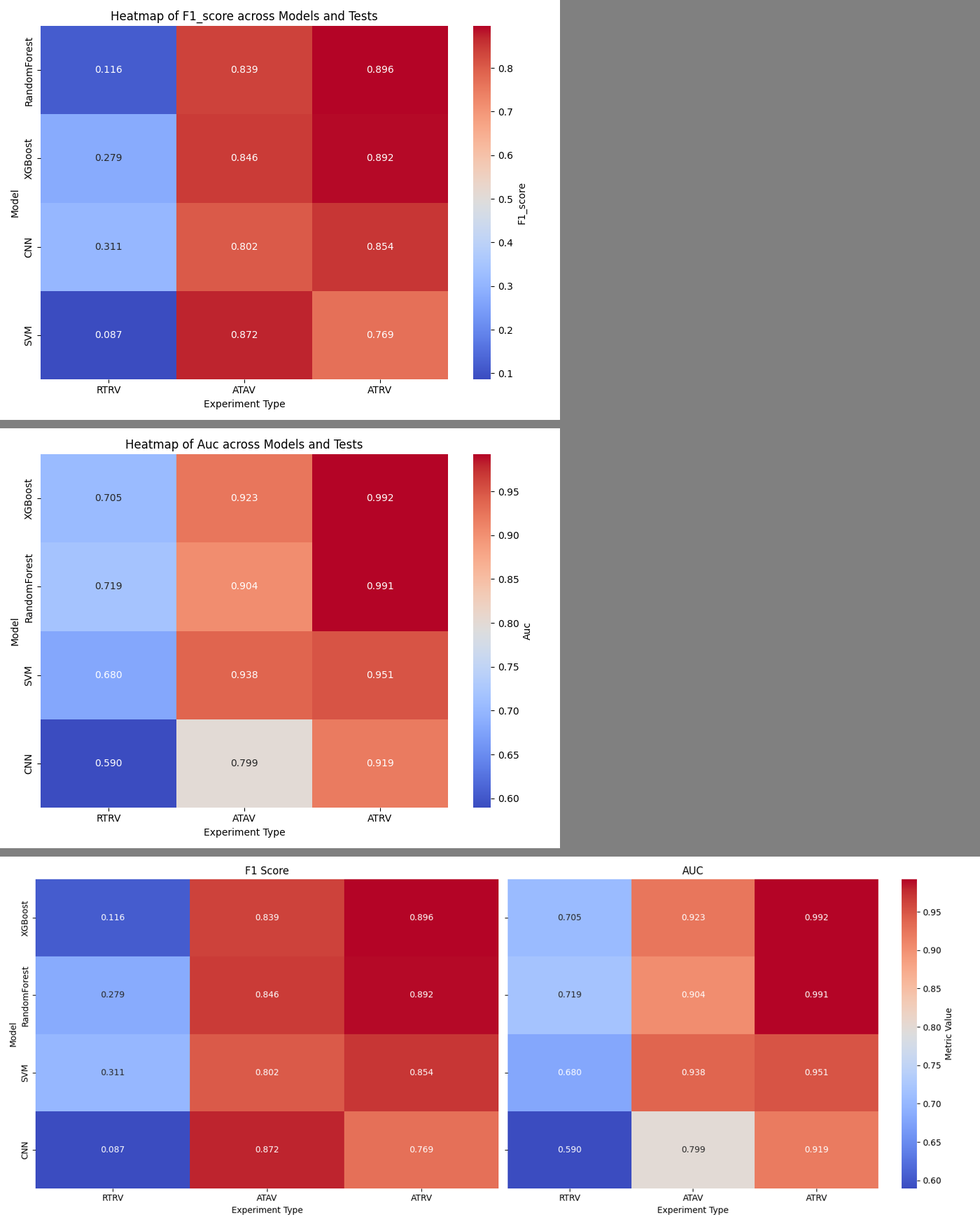
Repository: Hanqk97/COVID-19_Audio_Detection_Project
Script's output: python Plot/heatmap.py
An editor plug-in stored every save of this project. The script's output is shown before and after the next save, followed by the edit.
The pictures show rows 0 to 1760 of an output 1749 px tall, at 70% of full size.
Each picture stacks the figures in order, with grey between them; figures that are only written to a file come last. Figures wider than 1,400 px are first shrunk to that width. Random numbers start from a fixed seed.

Above is the script's output before, as saved 2024-12-03 19:04:33.

After the next save:
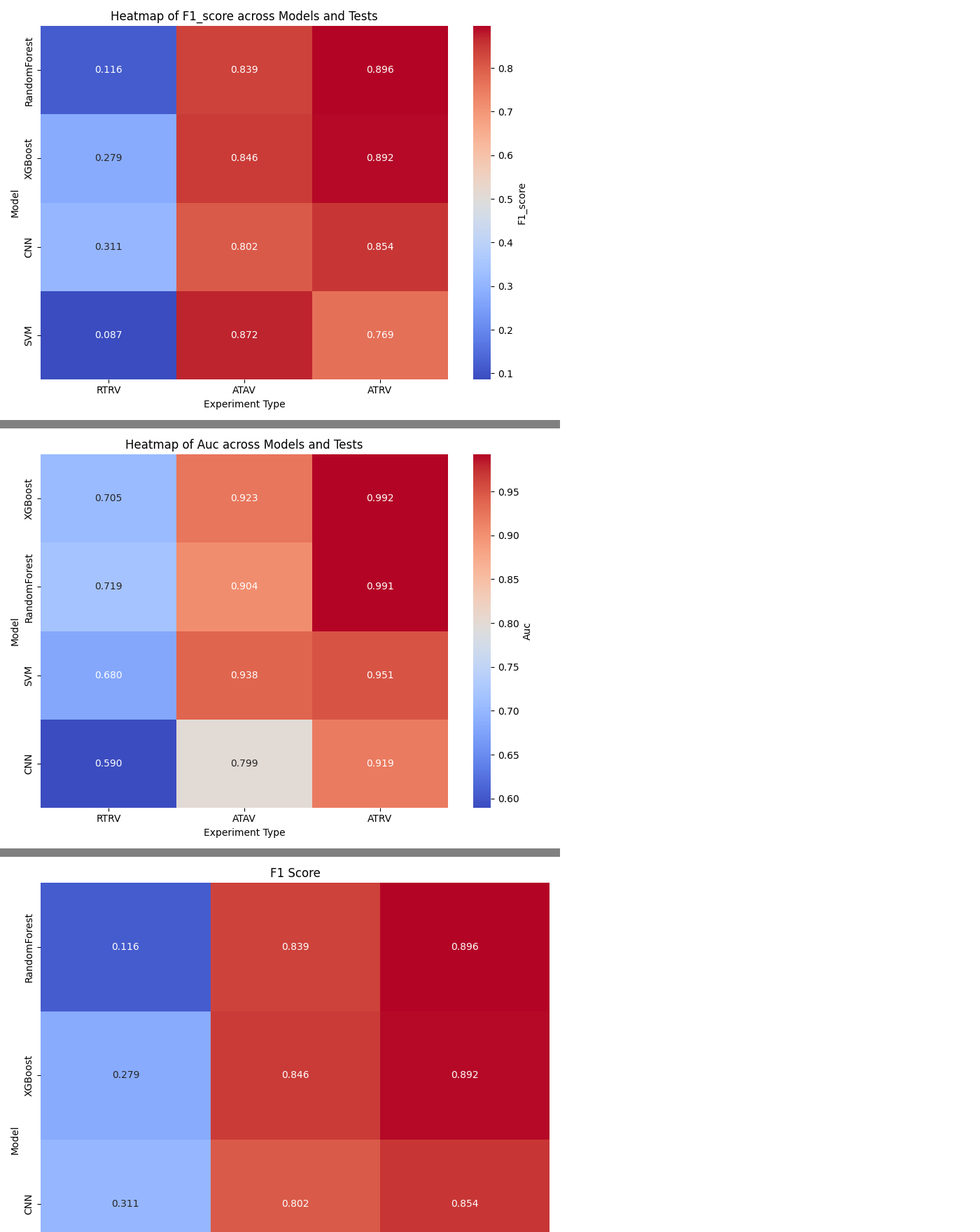
Saved 3 min 55 s later.
--- a/Plot/heatmap.py
+++ b/Plot/heatmap.py
@@ -41,18 +41,20 @@ def plot_heatmap(df, metric_name, filename):
     plt.close()
 
 # Generate combined heatmap figure
+# Generate combined heatmap with a taller aspect ratio
 def plot_combined_heatmaps(f1_df, auc_df, filename):
-    fig, axes = plt.subplots(1, 2, figsize=(16, 6), sharey=True)  # Two heatmaps side by side
+    fig, axes = plt.subplots(2, 1, figsize=(8, 16), sharex=True)  # Two heatmaps stacked vertically
 
     # F1 Score Heatmap
     sns.heatmap(f1_df, annot=True, fmt=".3f", cmap="coolwarm", cbar=False, ax=axes[0])
     axes[0].set_title("F1 Score")
     axes[0].set_ylabel("Model")
-    axes[0].set_xlabel("Experiment Type")
+    axes[0].set_xlabel("")
 
     # AUC Heatmap
     sns.heatmap(auc_df, annot=True, fmt=".3f", cmap="coolwarm", cbar_kws={"label": "Metric Value"}, ax=axes[1])
     axes[1].set_title("AUC")
+    axes[1].set_ylabel("Model")
     axes[1].set_xlabel("Experiment Type")
 
     plt.tight_layout()
